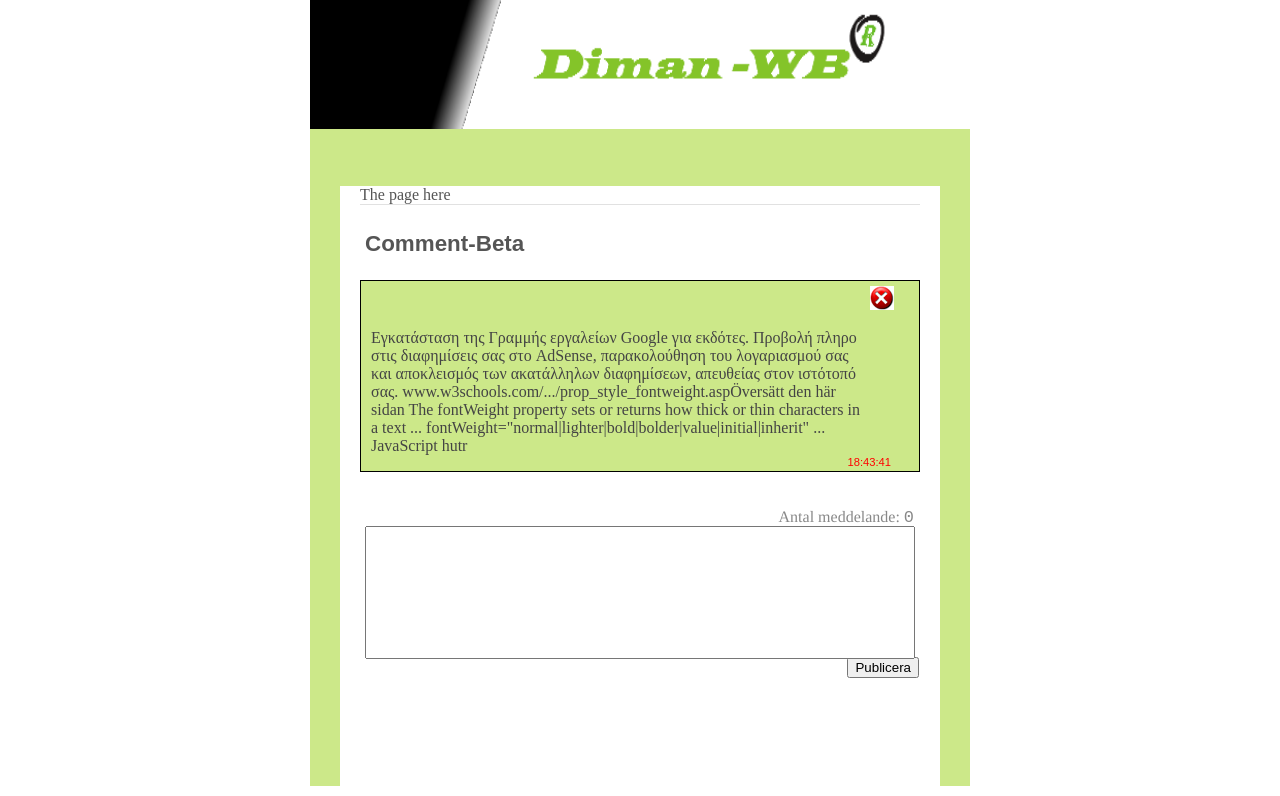
Repository: dn222em/1dv403-laborationer
Page: 2-labbymezzage/index.html
The author's editor kept a record of every edit. The page is drawn from the files as they stood at one moment, then again after the next edit.
The browser window is 1280 px wide. The pictures show the whole page.

Above is the page before.

After the next edit:
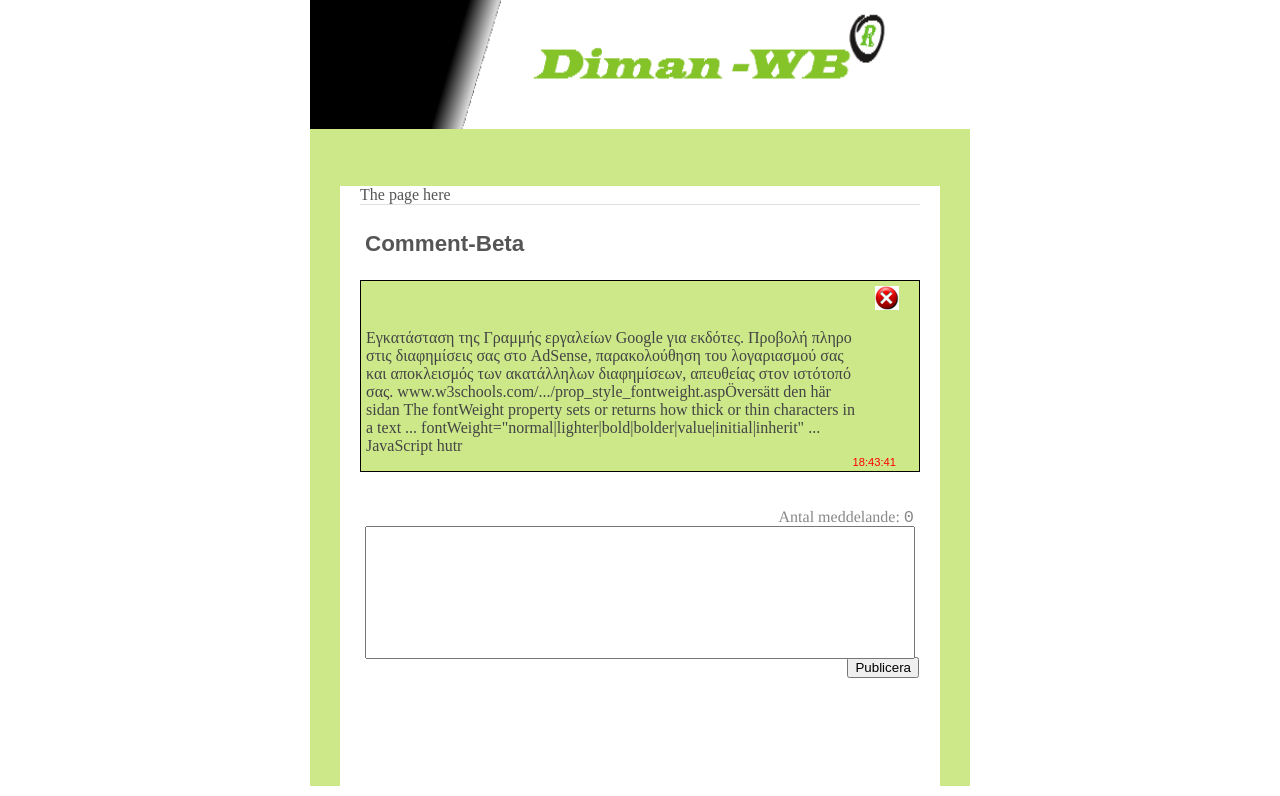
The edit:
--- a/2-labbymezzage/style.css
+++ b/2-labbymezzage/style.css
@@ -149,8 +149,8 @@
 	list-style-type:none;
 	margin:10px 0px 10px 0px;
  	border:1px solid black;/*#e1e1e1;*/
- 	padding-left:10px;
- 	padding-right:10px;
+ 	padding-left:5px;
+ 	padding-right:5px;
 	background-color:#cce889;
 	min-height:80px;
 	display:block;
